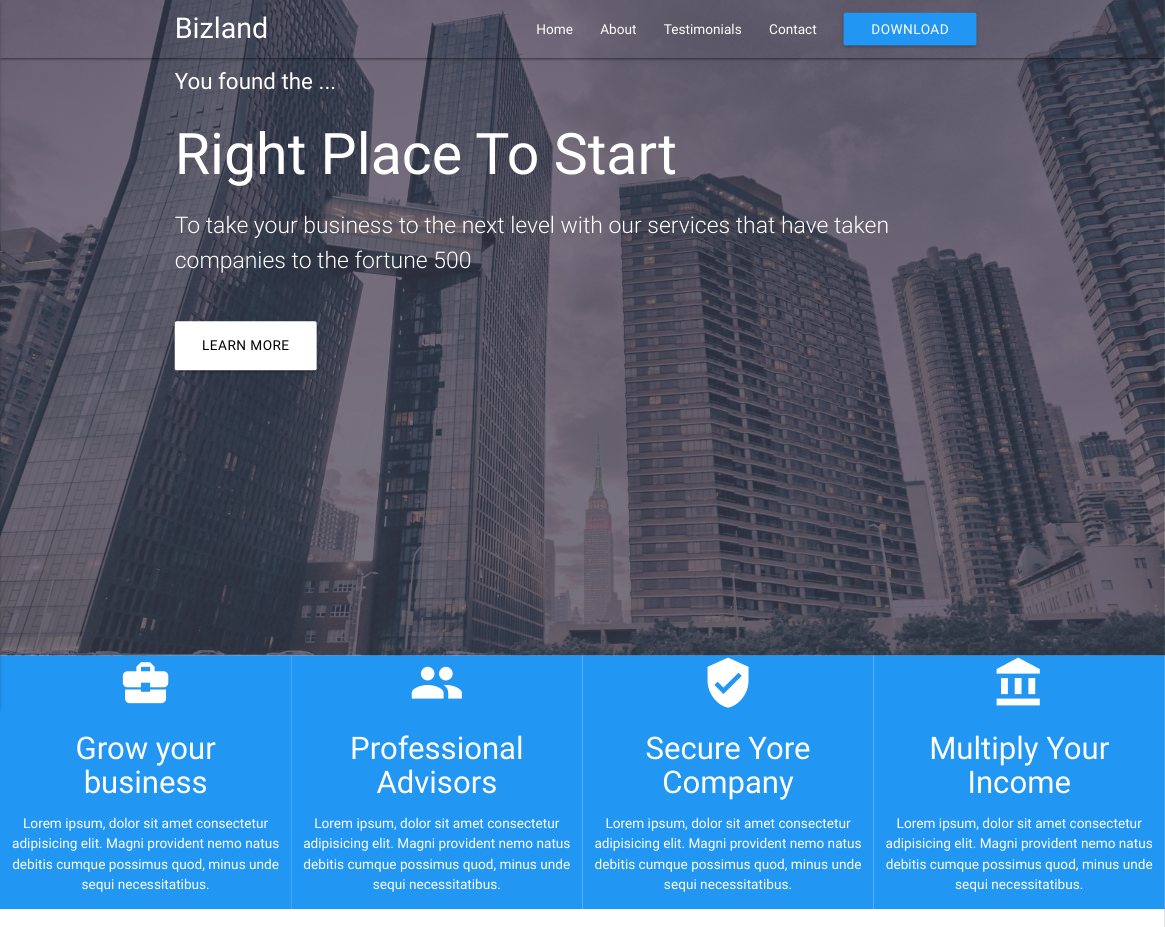
Repository: farrdy/bizland
Page: index.html
The author's editor kept a copy of each file at every save. The page is drawn from the files as they stood at one save, then again after the next save.
The browser window is 1280 px wide. The pictures show the whole page, at 91% of full size.
Some web libraries are served in a nearby version.

Above is the page before, as saved 2020-01-04 14:10:43.

After the next save:
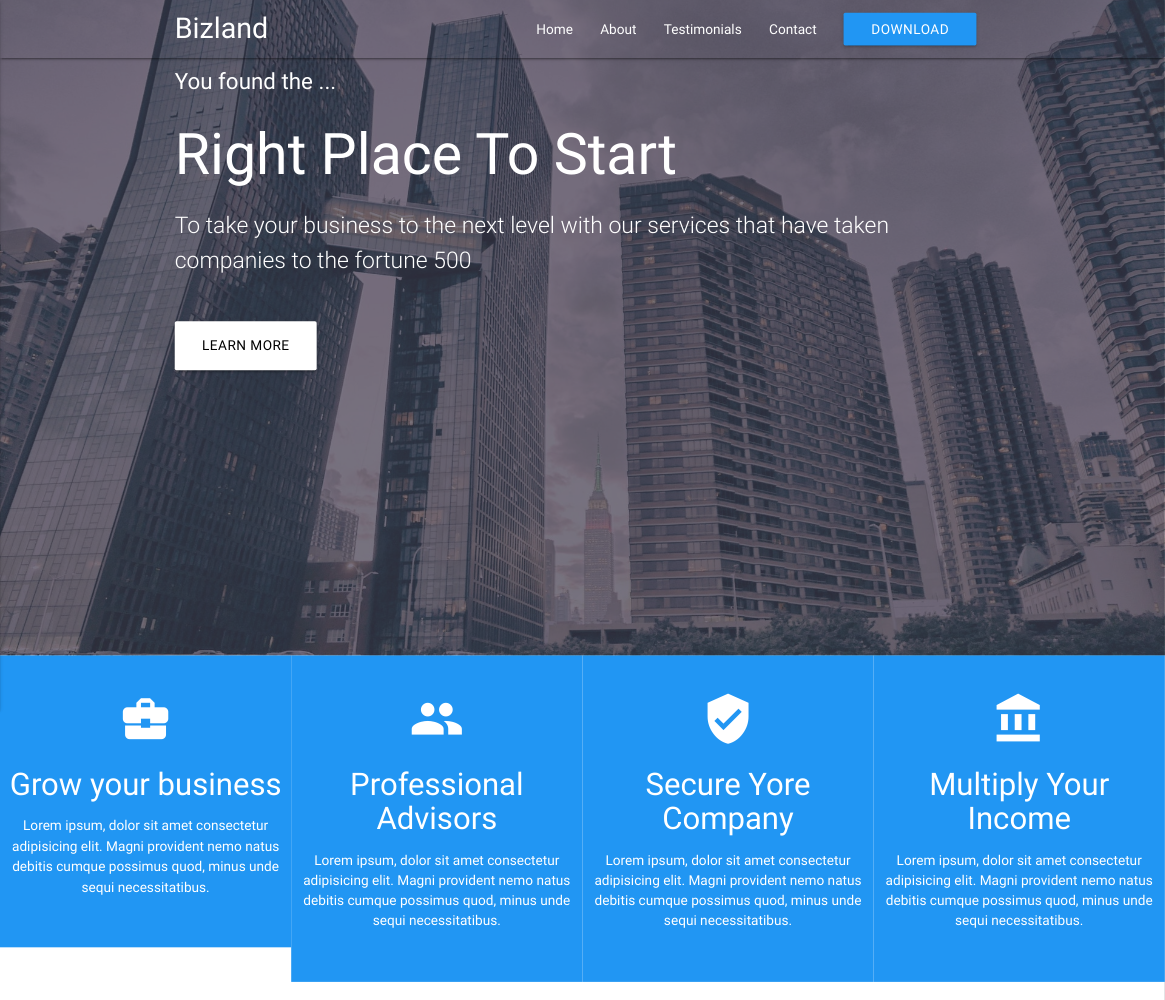
Saved 4 h 37 min later.
--- a/css/main.css
+++ b/css/main.css
@@ -28,3 +28,12 @@
   left: 47%;
   opacity: 0.5%;
 }
+
+.box{
+  padding: 40px 10px !important;
+}
+
+.box h4 {
+padding-bottom: :30px;
+
+}
